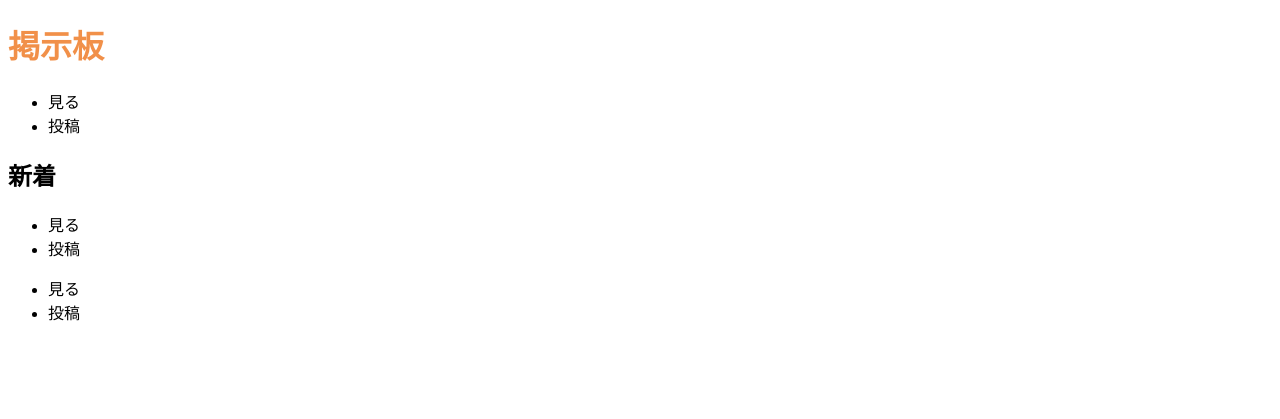
Repository: KustomApe/LandorusInc
Page: index.html
These files come from the project's save history. The page is drawn as it stood at one moment and after a run of saves; the edit follows.
The browser window is 1280 px wide. The pictures show the whole page.

Above is the page before, as saved 2021-06-26 15:18:14.

After the next 2 saves:
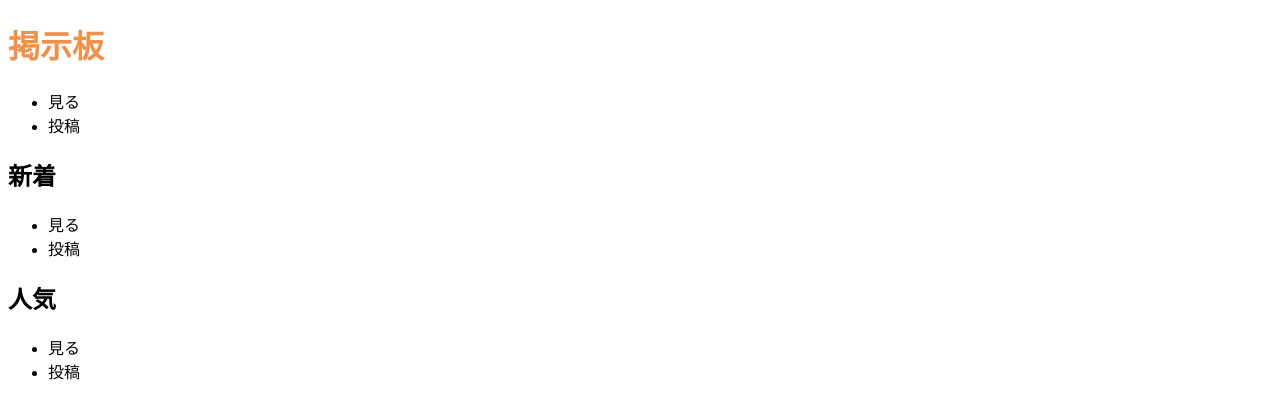
The 2 saves are shown as one change because they came seconds apart.
The last was saved 9 s later.
--- a/index.html
+++ b/index.html
@@ -13,13 +13,12 @@
     <li>見る</li>
     <li>投稿</li>
 </ul>
-
 <h2>新着</h2>
 <ul>
     <li>見る</li>
     <li>投稿</li>
 </ul>
-
+<h2>人気</h2>
 <ul>
     <li>見る</li>
     <li>投稿</li>
